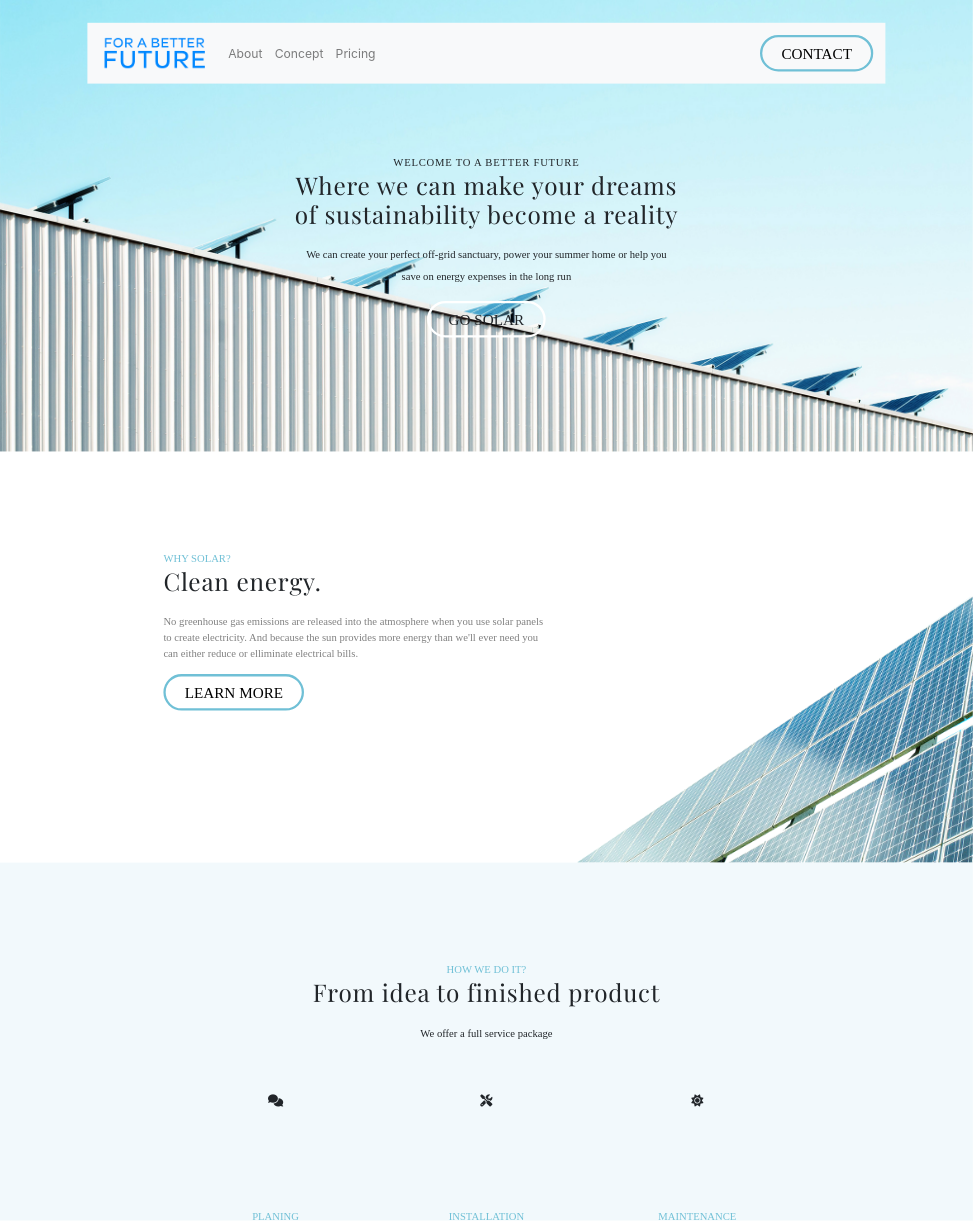
Repository: sabinemm/fabf
Page: index.html
The author's editor kept a record of every edit. The page is drawn from the files as they stood at one moment, then again after the next edit.
The browser window is 1280 px wide. The pictures show the whole page, at 76% of full size.
Backgrounds fixed to the window are drawn as part of the page. Some web fonts or font styles are not loaded; a fallback is used. Some web libraries are served in a nearby version.

Above is the page before.

### index.html
<!DOCTYPE html>
<html lang="en">

<head>
    <meta charset="UTF-8">
    <meta name="viewport" content="width=device-width, initial-scale=1.0">
    <meta http-equiv="X-UA-Compatible" content="ie=edge">
    <link rel="stylesheet" href="style.css" type="text/css" />
    <link rel="stylesheet" href="https://stackpath.bootstrapcdn.com/bootstrap/4.3.1/css/bootstrap.min.css" integrity="sha384-ggOyR0iXCbMQv3Xipma34MD+dH/1fQ784/j6cY/iJTQUOhcWr7x9JvoRxT2MZw1T" crossorigin="anonymous">
    <link rel="stylesheet" media="screen" href="https://fontlibrary.org/face/roundo" type="text/css" />
    <link rel="stylesheet" media="screen" href="https://fontlibrary.org/face/source-sans-pro" type="text/css" />
    <link href="https://fonts.googleapis.com/css?family=Playfair+Display&display=swap" rel="stylesheet">
    <script src="https://kit.fontawesome.com/7e530e9396.js"></script>
    <title>FOR A BETTER FUTURE</title>
</head>

<body>

    <!–-----– NAVBAR ------->

    <div class="container">
        <nav class="navbar navbar-fixed-top navbar-expand-lg navbar-light bg-light">
            <a class="navbar-brand" href="#">
          <img src="img/logo.svg" height="50px"alt="logo">
        </a>
            <button class="navbar-toggler" type="button" data-toggle="collapse" data-target="#navbarText" aria-controls="navbarText" aria-expanded="false" aria-label="Toggle navigation">
    <span class="navbar-toggler-icon"></span>
  </button>
            <div class="collapse navbar-collapse justify-content-center" id="navbarText">
                <ul class="navbar-nav mr-auto">
                    <li class="nav-item">
                        <a class="nav-link" href="#">About</a>
                    </li>
                    <li class="nav-item">
                        <a class="nav-link" href="#">Concept</a>
                    </li>
                    <li class="nav-item">
                        <a class="nav-link" href="#">Pricing</a>
                    </li>
                </ul>
                <span class="navbar-text">
          <button type="button" class="btn btn-blue-border">CONTACT</button>
    </span>
            </div>
        </nav>
    </div>

    <!–-----– FIRST SECTION ------->

    <section id="parallax">
        <div class="container">
            <div class="ltitle text-center">
                <p class="uppercase stitle">WELCOME TO A BETTER FUTURE</p>
                <h2> Where we can make your dreams <br> of sustainability become a reality </h2>
                <p class="tparagraph"> We can create your perfect off-grid sanctuary, power your summer home or help you <br> save on energy expenses in the long run</p>
                <button type="button" class="btn  btn-transp-white-border">GO SOLAR</button>
            </div>
        </div>
    </section>

    <!–-----– SECOND SECTION ------->

    <section id="clean">
        <div class="container container-fluid section-2">
            <div class="row">
                <div class="col col-md-6">
                    <p class="uppercase stitle stitle-blue">WHY SOLAR?</p>
                    <h2 class="ltitle ltitle2"> Clean energy.</h2>
                    <p class="tparagraph tparagraph2"> No greenhouse gas emissions are released into the atmosphere when you use solar panels to create electricity. And because the sun provides more energy than we'll ever need you can either reduce or elliminate electrical bills. </p>
                    <button type="button" class="btn btn-blue-border">LEARN MORE</button>

                </div>
            </div>

            <div class="container">
                <div class="col col-md-6 offset-md-6">
                    <img src="img/sidepanel.png" class="sidepanel"></img>
                </div>
            </div>
        </div>

    </section>

    <!–-----– THIRD SECTION ------->

    <section id="idea">
        <div class="idea-title text-center">
            <p class="uppercase stitle stitle-blue">HOW WE DO IT?</p>
            <h2 class="ltitle ltitle2"> From idea to finished product</h2>
            <p class="tparagraph">We offer a full service package</p>

        </div>
        <div class="container container-fluid ">
            <div class="row m-auto text-center justify-content-center">
                <div class=" col-sm-3 col-md-3">
                   <div class="icons"><i class="fas fa-comments"></i></div>
                     <p class="uppercase stitle stitle-blue stitlen">PLANING</p>
                </div>
                <div class="col-sm-3 col-md-3">
                    <div class="icon"><i class="fas fa-tools"></i></div>
                     <p class="uppercase stitle stitle-blue stitlen">INSTALLATION</p>
                </div>
                <div class="col-sm-3 col-md-3">
                    <div class="icon"><i class="fas fa-sun"></i></div>
                     <p class="uppercase stitle stitle-blue stitlen">MAINTENANCE</p>
                </div>
            </div>

        </div>

    </section>

</body>

</html>

### style.css

/*-------------------navbar------------------*/

.navbar {
    margin-top: 30px;
    margin-left: 30px;
    margin-right: 30px;

}

@media (max-width:536px) {
    .navbar {
        margin-top: 15px;
        margin-left: 10px;
        margin-right: 10px;
    }
}

/*-------------------Buttons------------------*/

.btn-transp-white-border,
.btn-transp-white-border:hover,
.btn-transp-white-border:active,
.btn-transp-white-border:visited,
.btn-transp-white-border:active:focus,
.btn-transp-white-border:focus {
    background-color: rgba(0, 0, 0, 0);
    border: solid 3px white !important;
    border-radius: 30px !important;
    color: white;
    text-align: center;
    text-decoration: none;
    display: inline-block;
    font-size: 20px !important;
    font-family: 'SourceSansProRegular';
    padding-left: 25px !important;
    padding-right: 25px !important;
}


.btn-transp-white-border:hover {
    background-color: rgba(255, 255, 255, 0.5);
    padding-left: 25px;
    padding-right: 25px;
}


.btn-blue-border,
.btn-blue-border:hover,
.btn-blue-border:active,
.btn-blue-border:visited,
.btn-blue-border:active:focus,
.btn-blue-border:focus {
    background-color: rgba(0, 0, 0, 0) !important;
    border: solid 3px rgb(112, 192, 214) !important;
    border-radius: 30px !important;
    color: black !important;
    text-align: center;
    text-decoration: none;
    display: inline-block;
    font-size: 20px !important;
    font-family: 'SourceSansProRegular';
    padding-left: 25px !important;
    padding-right: 25px!important;
}

.btn-blue-border:hover {
    background-color: rgba(112, 192, 214, 0.5) !important;
    padding-left: 25px;
    padding-right: 25px;
}


/*-------------------SECTION 1 PAGE 1------------------*/

#parallax {
    background: url(img/1page1section.jpg);
    background-attachment: fixed;
    background-position: bottom;
    background-repeat: no-repeat;
    background-size: cover;
    margin-top: -110px;
}

@media (max-width:536px) {
    #parallax {
        margin-top: -110px;
    }
}

.stitle {
    font-size: 14px;
    font-family: 'RoundoRegular';
    font-weight: 500;
    font-style: normal;
    margin-bottom: -5px;
}

.ltitle {
    padding-top: 200px;
    font-family: 'Playfair Display';
    letter-spacing: 1px;
    line-height: 30px;
    padding-bottom: 150px;
}

@media (max-width:768px) {
    .ltitle {
        padding-top: 150px;
        padding-bottom: 100px;
    }
}

.tparagraph {
    padding-top: 10px;
    font-family: 'SourceSansProRegular';
    font-weight: normal;
    font-style: normal;
    font-size: 14px;
    letter-spacing: 0;
}

@media (max-width:768px) {
    br {
        display: none !important;
        visibility: hidden;
    }
}

/*-------------------SECTION 2 PAGE 1------------------*/
#clean {
    padding-left: 0;
}
@media (min-width:768px) {
#clean {
    padding-left: 200px;
}
}


.stitle-blue {
    color:rgb(112, 192, 214);
    padding-top: 70px;

}

@media (min-width:768px) {
    .stitle-blue {
        padding-top: 130px;
    }
}

.ltitle2 {
padding-top: 10px;
padding-bottom: 10px;
}

.tparagraph2 {
    color: gray;

}

.section-2 {
  padding-bottom: 100px;
}

.sidepanel {
position:relative;
float: right;
height:350px;
margin-top: -150px;
margin-right: -45px;
z-index: -1;
}


/*-------------------SECTION 3 PAGE 1------------------*/

#idea {
    background-color: rgb(242, 249,252);
}

.idea-title {;
    padding-bottom: 50px;
    margin-top: 100px;
}

After the next edit:
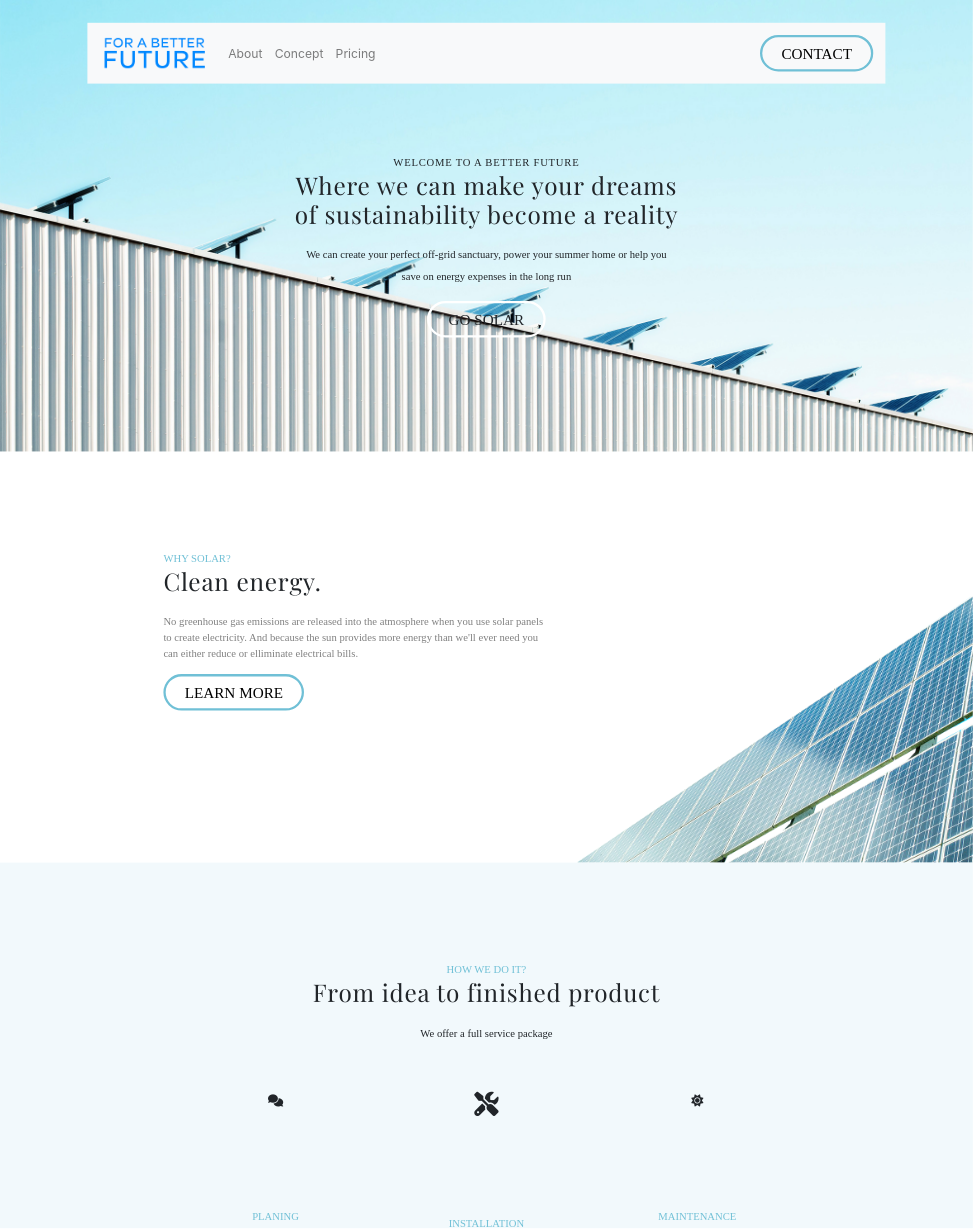
The edit:
--- a/index.html
+++ b/index.html
@@ -97,7 +97,7 @@
                      <p class="uppercase stitle stitle-blue stitlen">PLANING</p>
                 </div>
                 <div class="col-sm-3 col-md-3">
-                    <div class="icon"><i class="fas fa-tools"></i></div>
+                    <div class="icon"><i class="fas fa-tools fa-2x"></i></div>
                      <p class="uppercase stitle stitle-blue stitlen">INSTALLATION</p>
                 </div>
                 <div class="col-sm-3 col-md-3">
